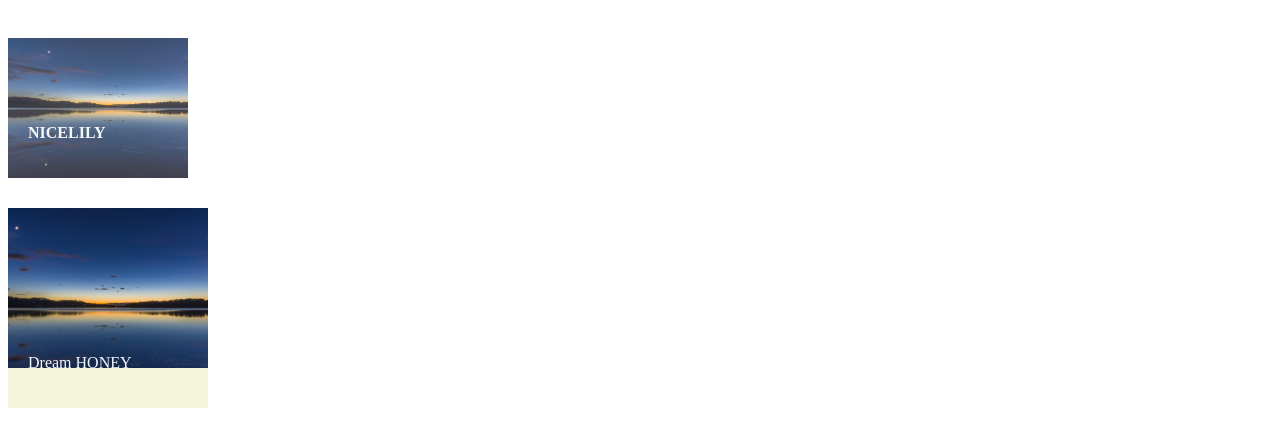
Repository: northpx/animation
Page: index.html
These files come from the project's save history. The page is drawn as it stood at one moment and after the next save; the edit follows.
The browser window is 1280 px wide. The pictures show the whole page.

Above is the page before, as saved 2022-12-21 18:08:30.

### index.html
<!DOCTYPE html>
<html lang="en">

<head>
  <meta charset="UTF-8">
  <meta http-equiv="X-UA-Compatible" content="IE=edge">
  <meta name="viewport" content="width=device-width, initial-scale=1.0">
  <link rel="stylesheet" href="style.css">
  <title>Document</title>
</head>

<body>
  <div class="container">
    <img src="nature_lake_sunset_landscape_ultrahd_4k_wallpaper_3840x2160.jpg" alt="" class="image">
    <div class="content1">
      <p class="p1">NICELILY</p>
      <p class="p2">Lily to play</p>
    </div>
  </div>

  <div class="container1">
    <img src="nature_lake_sunset_landscape_ultrahd_4k_wallpaper_3840x2160.jpg" alt="" class="image2">
    <div class="content2">
      <p class="p3">Dream HONEY <span>Now</span></p>
    </div>
    <div class="bot"></div>
  </div>
</body>

</html>

<!-- <!DOCTYPE html>
<html>
<head>
<title>W3.CSS</title>
<meta name="viewport" content="width=device-width, initial-scale=1">
<link rel="stylesheet" href="style.css">
</head>
<body>
<div class="w3-container w3-green">
  <h1>W3Schools Demo</h1>
  <p>Resize this responsive page!</p>
</div>
<div class="w3-row-padding">
  <div class="w3-third">
    <h2>London</h2>
    <p>London is the capital city of England.</p>
    <p>It is the most populous city in the United Kingdom,
    with a metropolitan area of over 13 million inhabitants.</p>
  </div>

  <div class="w3-third">
    <h2>Paris</h2>
    <p>Paris is the capital of France.</p>
    <p>The Paris area is one of the largest population centers in Europe,
    with more than 12 million inhabitants.</p>
  </div>

  <div class="w3-third">
    <h2>Tokyo</h2>
    <p>Tokyo is the capital of Japan.</p>
    <p>It is the center of the Greater Tokyo Area,
    and the most populous metropolitan area in the world.</p>
  </div>
</div>

</body>
</html> -->

### style.css

.container{
    width: 180px;
    height: 200px;
    overflow: hidden;
    position: relative;
}

 .image{
    width: 250px;
    height: 200px;
    object-fit: contain;
    transform: translateX(-20px);
    transition: all .5s linear;
    opacity: 0.8;
}

.container:hover .image{
    transform: translateX(0px);
    opacity: 1;
}

.content1 .p1{
    position: absolute;
    color: whitesmoke;
    top: 100px;
    left: 20px;
    opacity: 1;
    transition: all .5s ease-in;
    font-weight: bold;
}

.container:hover .content1 .p1{
    transform: translateY(-20px);
}

.content1 .p2{
    position: absolute;
    color: azure;
    top: 120px;
    left: 20px;
    visibility: hidden;
    opacity: 0;
    transition: all .5s ease-in;
}

.container:hover .content1 .p2{
    transform: translateY(-20px);
    visibility: visible;
    opacity: 1;
}

.container1{
    width: 200px;
    height: 200px;
    background-color: antiquewhite;
    overflow: hidden;
    position: relative;
}

.image2{
    width: 200px;
    height: 200px;
    object-fit: cover;
}

.container1:hover .image2{
    opacity: 0.8;
}

.p3{
    position: absolute;
    bottom: 0;
    color: aliceblue;
    padding-bottom: 20px;
    padding-left: 20px;
    transition: all .3s linear;
}

.p3 span{
    opacity: 0;
}

.container1:hover .p3{
    transform: translateY(10px);
}

.container1:hover .p3 span{
    animation: spinner .3s linear forwards;
}

@keyframes spinner {
    0%{
        opacity: 0;
    }
    50%{
        opacity: 0.5;
    }
    100%{
        opacity: 1;
    }
}

.bot{
    position: absolute;
    width: 200px;
    height: 40px;
    background-color: beige;
    bottom: 0;
}

After the next save:
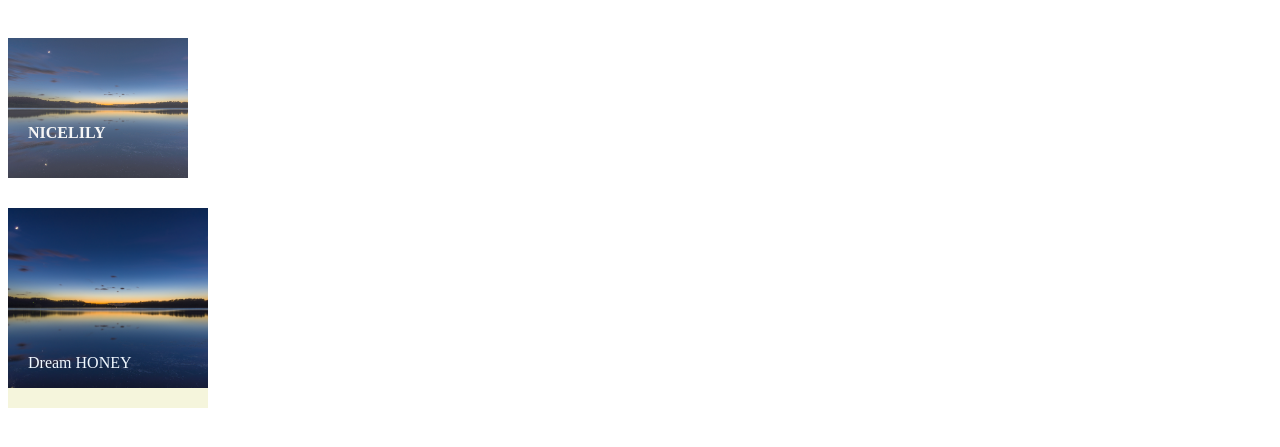
Saved 7 s later.
--- a/style.css
+++ b/style.css
@@ -104,7 +104,7 @@
 .bot{
     position: absolute;
     width: 200px;
-    height: 40px;
+    height: 20px;
     background-color: beige;
     bottom: 0;
 }
